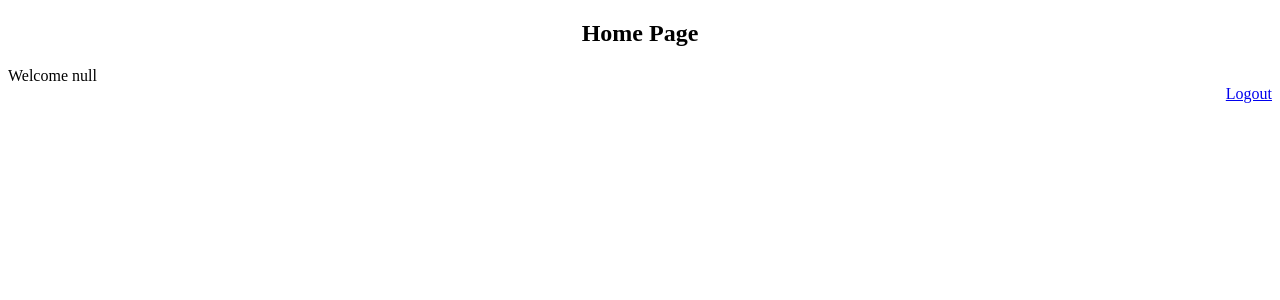
Repository: mdhadi89/dxc_javacodes
Page: http://localhost/hadiLoginApp/Manager.jsp
These files come from the project's save history. The page is drawn as it stood at one moment and after the next save; the edit follows.
The browser window is 1280 px wide. The pictures show the whole page.
The page is served by Tomcat 9.

Above is the page before, as saved 2024-05-28 21:34:31.

After the next save:
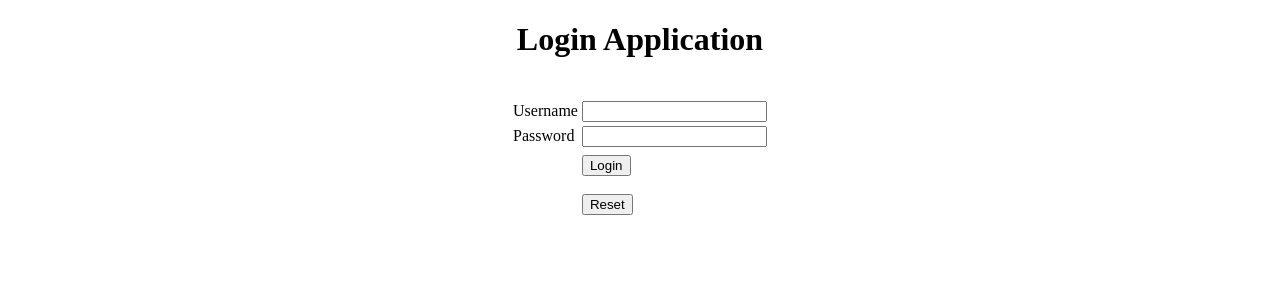
Saved 81 s later.
--- a/eclipse-workspace/hadiLoginApp/src/main/webapp/Manager.jsp
+++ b/eclipse-workspace/hadiLoginApp/src/main/webapp/Manager.jsp
@@ -7,9 +7,17 @@
 <title>Manager Home Page</title>
 </head>
 <body>
- <center><h2>Home Page</h2></center>
- Welcome <%=request.getAttribute("userName") %> <!-- Refer to the video to understand how this works -->
- <div style="text-align: right"><a href="LogoutServlet">Logout</a></div>
-</body>
+<% //In case, if Admin session is not set, redirect to Login page
+if((request.getSession(false).getAttribute("manager")== null) )
+{
+%>
+<jsp:forward page="Login.jsp"></jsp:forward>
+<%} %>
+<body>
+<center><h2>Admin's Home</h2></center>
+
+Welcome <%=request.getAttribute("userName") %>
+
+<div style="text-align: right"><a href="<%=request.getContextPath()%>/LogoutServlet">Logout</a></div>
 </body>
 </html>
